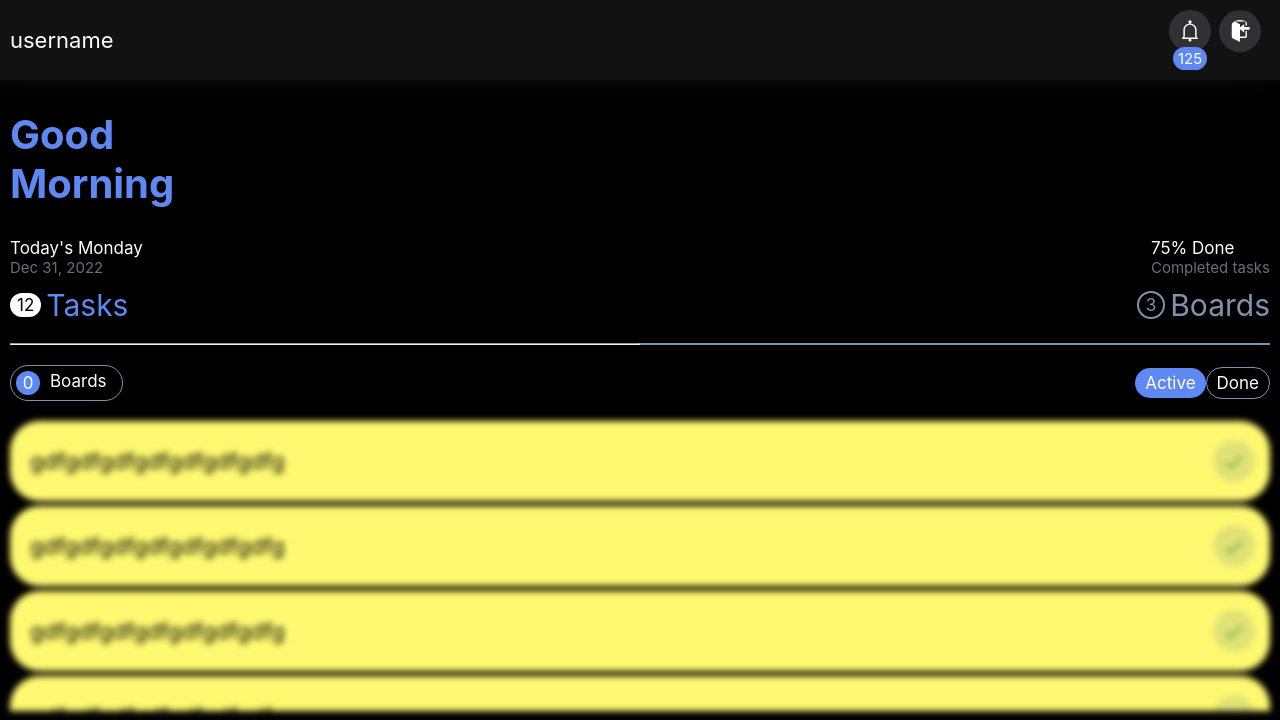
Repository: ShindanoSingi/todo-app
Page: /
The author's editor kept a copy of each file at every save. The page is drawn from the files as they stood at one save, then again after the next save.
The browser window is 1280 px wide. The pictures show the whole page.
The project was rebuilt for these pictures with package versions that can differ from the ones it lists, and the page was loaded fresh each time. Also part of the build but not shown: src/pages/LandingPage.js.

Above is the page before, as saved 2023-01-01 19:35:13.

After the next save:
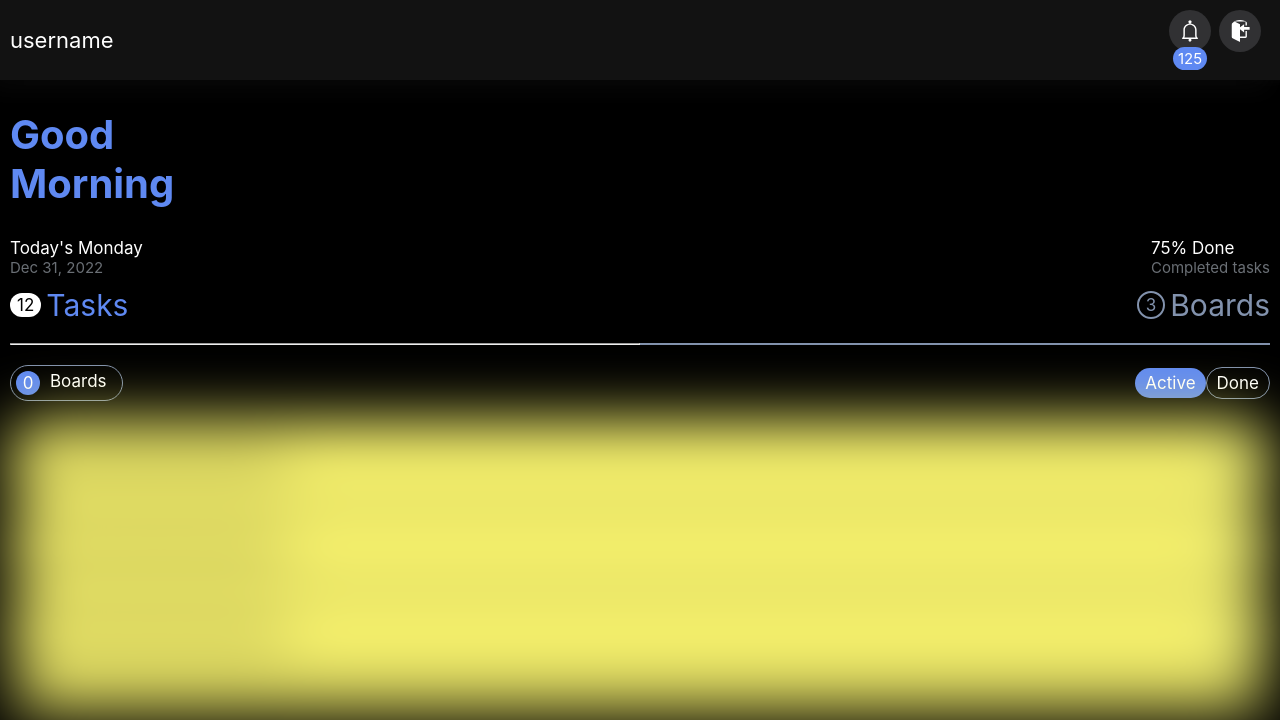
Saved 5 s later.
--- a/src/index.css
+++ b/src/index.css
@@ -262,7 +262,7 @@ h2 {
   top: 0;
 
   bottom: 0;
-  filter: blur(3px);
+  filter: blur(30px);
   z-index: 1000;
 }
 
